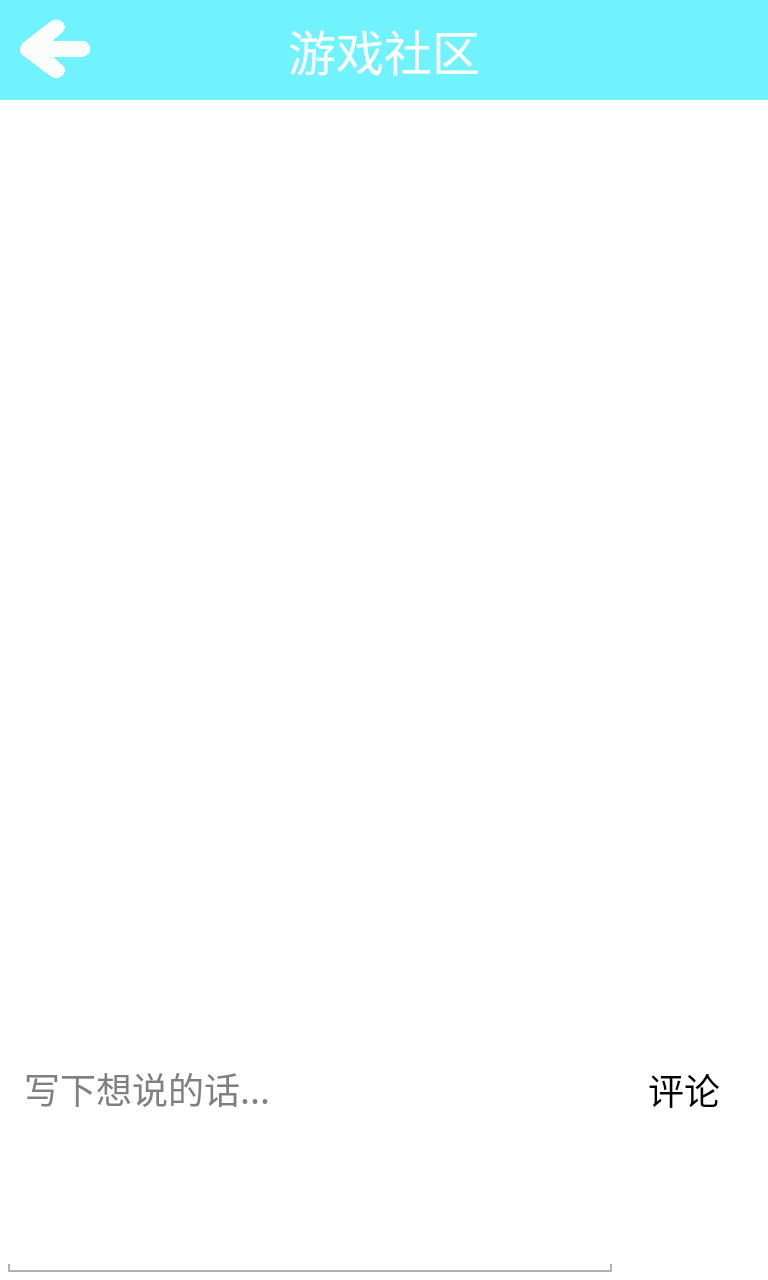
Repository: GuardLDW/HERO
Layout: GuardLDW/res/layout/house.xml
The author's editor kept a copy of each file at every save. The layout is drawn from the files as they stood at one save, then again after the next save.
It is drawn on a 768 x 1280 px phone screen (xhdpi) without system bars, with theme AppTheme; the app's code is not run. Lists and similar views that code fills are empty.

Above is the layout before, as saved 2016-09-19 15:38:14.

After the next save:
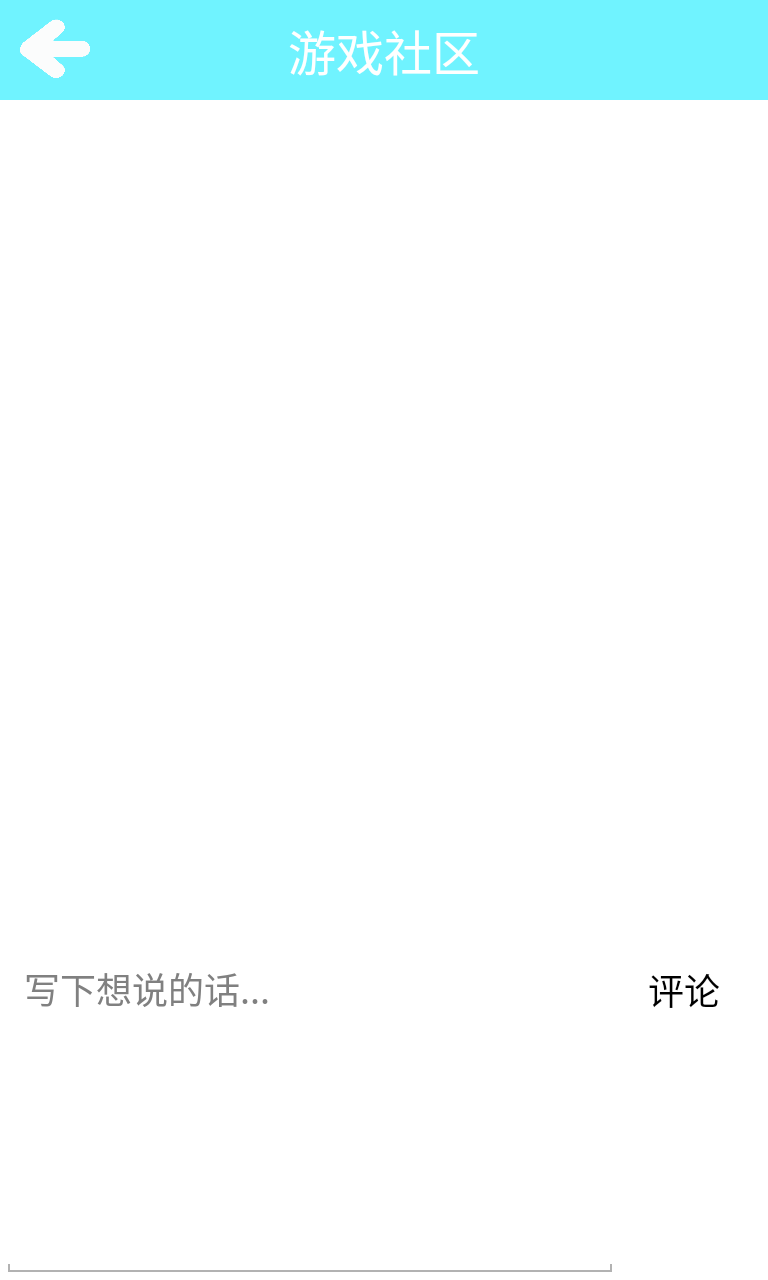
Saved 36 s later.
--- a/GuardLDW/res/layout/house.xml
+++ b/GuardLDW/res/layout/house.xml
@@ -38,9 +38,9 @@
            >
 
           <ListView
-                android:id = "@+id/listview_comment"
-                android:layout_height="400dp"
-                android:layout_width="match_parent">
+              android:id="@+id/listview_comment"
+              android:layout_width="match_parent"
+              android:layout_height="300dp" >
 
            </ListView>
 
